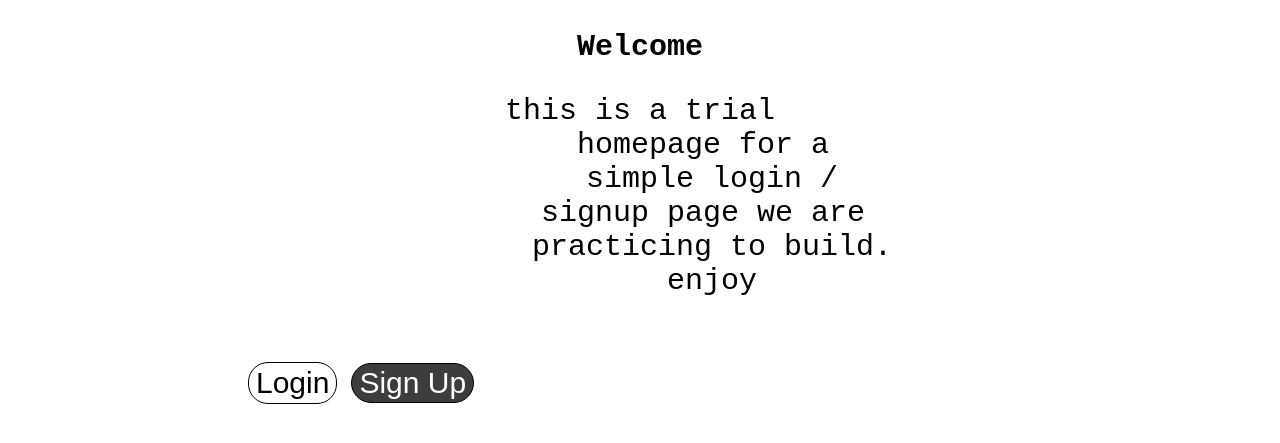
Repository: yhung004/TUTORIAL_PAGE
Page: home.html
The author's editor kept a copy of each file at every save. The page is drawn from the files as they stood at one save, then again after the next save.
The browser window is 1280 px wide. The pictures show the whole page.

Above is the page before, as saved 2024-04-10 01:36:17.

After the next save:
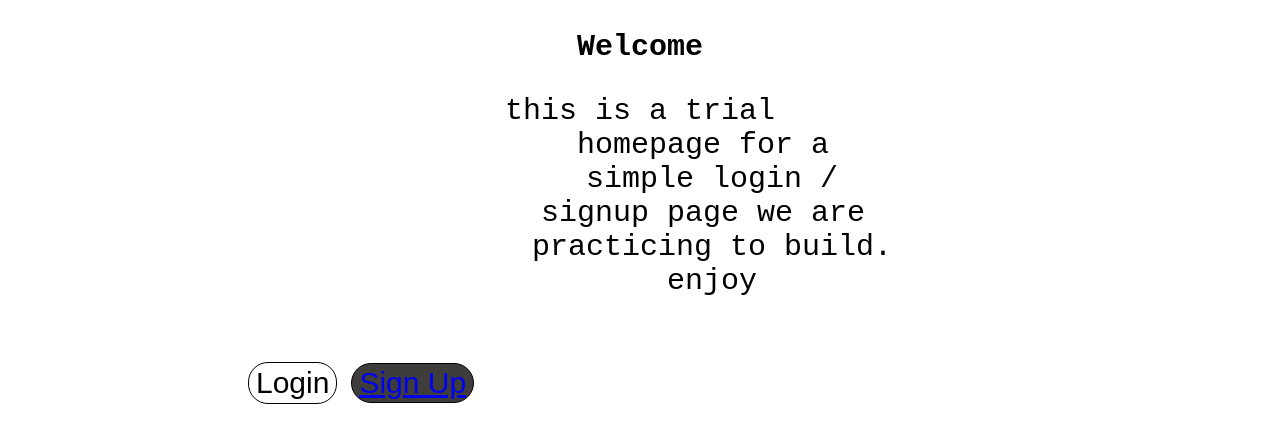
Saved 23 s later.
--- a/main.css
+++ b/main.css
@@ -27,8 +27,7 @@
     font-size: 30px;
     padding: 2px 7px 2px 7px;
 }
-a {
+a.button_b {
     text-decoration: none;
     color:white;
-    cursor:pointer;
 }

After the 3 saves that followed:
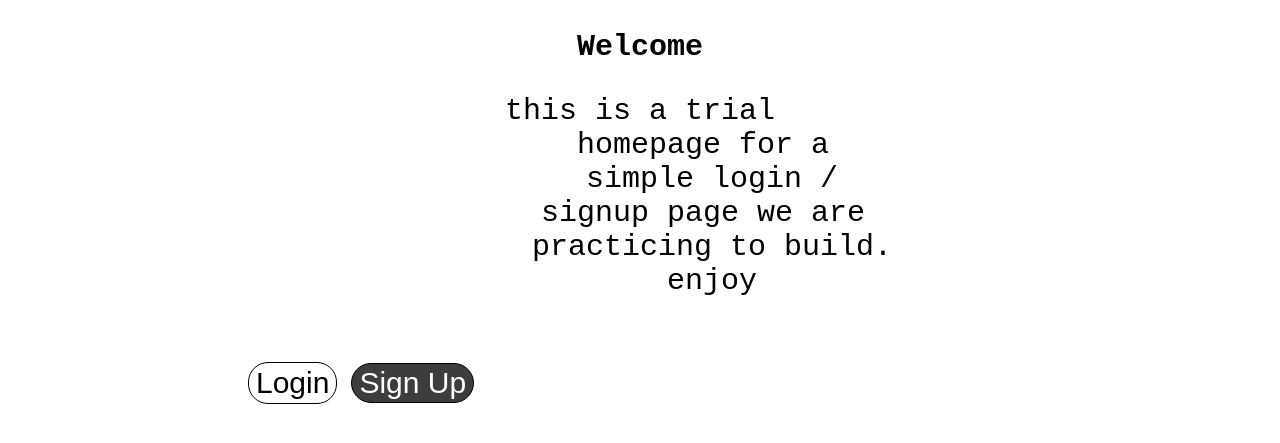
The 3 saves are shown as one change because 2 left the picture as it was.
The last was saved 2 min 9 s later.
--- a/main.css
+++ b/main.css
@@ -27,7 +27,7 @@
     font-size: 30px;
     padding: 2px 7px 2px 7px;
 }
-a.button_b {
+a {
     text-decoration: none;
     color:white;
 }
